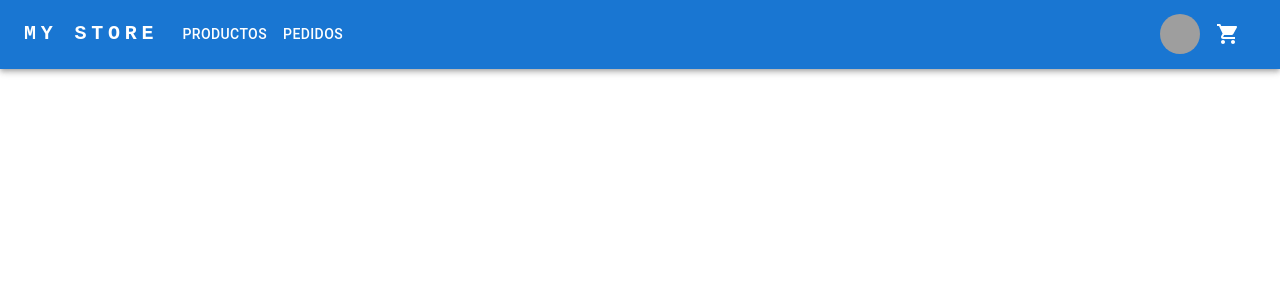
Repository: DanielBorussia/front-my-store
Page: /OrderList
The author's editor kept a copy of each file at every save. The page is drawn from the files as they stood at one save, then again after a run of saves.
The browser window is 1280 px wide. The pictures show the whole page.
Pictures or frames that could not be fetched are drawn as grey boxes. The project was rebuilt for these pictures with package versions that can differ from the ones it lists, and the page was loaded fresh each time. Also part of the build but not shown: src/components/OrderItem.js, src/containers/MyOrderPreview.js, src/components/ProductItem.js, src/hooks/useGetProducts.js, src/shared/Loading.js, src/containers/ProductList.js, src/pages/Home.js.

Above is the page before, as saved 2023-07-01 16:01:17.

### src/index.js
import React from 'react';
import ReactDOM from 'react-dom/client';
import './index.css';
import App from './routes/App';
import reportWebVitals from './reportWebVitals';

const root = ReactDOM.createRoot(document.getElementById('root'));
root.render(
  <React.StrictMode>
    <App />
  </React.StrictMode>
);

// If you want to start measuring performance in your app, pass a function
// to log results (for example: reportWebVitals(console.log))
// or send to an analytics endpoint. Learn more: https://bit.ly/CRA-vitals
reportWebVitals();

### src/index.css
body {
  margin: 0;
  -webkit-font-smoothing: antialiased;
  -moz-osx-font-smoothing: grayscale;
  font-family: source-code-pro, Menlo, Monaco, Consolas, "Courier New",
  monospace;
}

### src/routes/App.js
import React from 'react';
import { BrowserRouter, Routes, Route } from 'react-router-dom';
import useInitialState from '../hooks/useInitialState';
import AppContext from '../context/AppContext';
import Layout from '../containers/Layout';
import Home from '../pages/Home';
import ShoppingList from '../containers/ShoppingList';

const App = () => {
    const initialState = useInitialState();
    return (
        //encapsular la aplicacion para compartir la informacion
        <AppContext.Provider value={initialState}>
        <BrowserRouter>
            <Layout>
            <Routes>
                <Route exact path="/" element={<Home/>} />
                <Route exact path="/OrderList" element={<ShoppingList/>} />
            </Routes>
            </Layout>
        </BrowserRouter>
        </AppContext.Provider>

    );
}

export default App;

### src/hooks/useInitialState.js
import { useState } from 'react';

const initialState = {
    cart: [],
}

const useInitialState = () => {
    const [state, setState] = useState(initialState);

    const addToCart = (payload) => {
        setState({
            ...state,
            cart: [...state.cart, payload]
        });
    };

    const removeFromCart = (payload) => {
        setState({
            ...state,
            cart: state.cart.filter(item => item.id != payload.id),
        })
    }

    return {
        state,
        addToCart,
        removeFromCart
    }
}

export default useInitialState;

### src/containers/Layout.js
import React from 'react';
import Header from '../components/Header';

const Layout = ({ children }) => {
	return (
		<div className="Layout">
			<Header />
			{children}
		</div>
	);
}

export default Layout;

### src/containers/ShoppingList.js
const ShoppingList = () => {
    return (
        <></>
    );
}

export default ShoppingList;

### src/components/Header.js
import React, { useContext, useState } from 'react';
// UI
import AppBar from '@mui/material/AppBar';
import Box from '@mui/material/Box';
import Toolbar from '@mui/material/Toolbar';
import IconButton from '@mui/material/IconButton';
import Typography from '@mui/material/Typography';
import Menu from '@mui/material/Menu';
import MenuIcon from '@mui/icons-material/Menu';
import Container from '@mui/material/Container';
import Avatar from '@mui/material/Avatar';
import Button from '@mui/material/Button';
import Tooltip from '@mui/material/Tooltip';
import MenuItem from '@mui/material/MenuItem';
import AdbIcon from '@mui/icons-material/Adb';
import ShoppingCartIcon from '@mui/icons-material/ShoppingCart';
import AppContext from '../context/AppContext';
import MyOrderPreview from '../containers/MyOrderPreview';

const pages = ['Productos', 'Pedidos'];
const settings = ['Perfil', 'Mis Pedidos', 'Salir'];

const Header = () => {
    const { state } = useContext(AppContext);
    const [anchorElNav, setAnchorElNav] = useState(null);
    const [anchorElUser, setAnchorElUser] = useState(null);
    const [toggleOrderPreview, setToggleOrderPreview] = useState(false);

    const handleOpenNavMenu = (event) => {
        setAnchorElNav(event.currentTarget);
    };

    const handleOpenUserMenu = (event) => {
        setAnchorElUser(event.currentTarget);
    };

    const handleCloseNavMenu = () => {
        setAnchorElNav(null);
    };

    const handleCloseUserMenu = () => {
        setAnchorElUser(null);
    };

    return (
    <AppBar position="static">
      <Container maxWidth="xl">
        <Toolbar disableGutters>
          <Typography
            variant="h6"
            noWrap
            component="a"
            href="/"
            sx={{
              mr: 2,
              display: { xs: 'none', md: 'flex' },
              fontFamily: 'monospace',
              fontWeight: 700,
              letterSpacing: '.3rem',
              color: 'inherit',
              textDecoration: 'none',
            }}
          >
            MY STORE
          </Typography>

          <Box sx={{ flexGrow: 1, display: { xs: 'flex', md: 'none' } }}>
            <IconButton
              size="large"
              aria-label="account of current user"
              aria-controls="menu-appbar"
              aria-haspopup="true"
              onClick={handleOpenNavMenu}
              color="inherit"
            >
              <MenuIcon />
            </IconButton>
            <Menu
              id="menu-appbar"
              anchorEl={anchorElNav}
              anchorOrigin={{
                vertical: 'bottom',
                horizontal: 'left',
              }}
              keepMounted
              transformOrigin={{
                vertical: 'top',
                horizontal: 'left',
              }}
              open={Boolean(anchorElNav)}
              onClose={handleCloseNavMenu}
              sx={{
                display: { xs: 'block', md: 'none' },
              }}
            >
              {pages.map((page) => (
                <MenuItem key={page} onClick={handleCloseNavMenu}>
                  <Typography textAlign="center">{page}</Typography>
                </MenuItem>
              ))}
            </Menu>
          </Box>
          <AdbIcon sx={{ display: { xs: 'flex', md: 'none' }, mr: 1 }} />


          <Typography
            variant="h5"
            noWrap
            component="a"
            href=""
            sx={{
              mr: 2,
              display: { xs: 'flex', md: 'none' },
              flexGrow: 1,
              fontFamily: 'monospace',
              fontWeight: 700,
              letterSpacing: '.3rem',
              color: 'inherit',
              textDecoration: 'none',
            }}
          >
            MY STORE
          </Typography>
          <Box sx={{ flexGrow: 1, display: { xs: 'none', md: 'flex' } }}>
            {pages.map((page) => (
              <Button
                key={page}
                onClick={handleCloseNavMenu}
                sx={{ my: 2, color: 'white', display: 'block' }}
              >
                {page}
              </Button>
            ))}
          </Box>

          <Box sx={{ flexGrow: 0 }}>
            <Tooltip title="Open settings">
              <IconButton onClick={handleOpenUserMenu} sx={{ p: 0 }}>
                <Avatar alt="Remy Sharp" src="/static/images/avatar/2.jpg" />
              </IconButton>
            </Tooltip>
            <Menu
              sx={{ mt: '45px' }}
              id="menu-appbar"
              anchorEl={anchorElUser}
              anchorOrigin={{
                vertical: 'top',
                horizontal: 'right',
              }}
              keepMounted
              transformOrigin={{
                vertical: 'top',
                horizontal: 'right',
              }}
              open={Boolean(anchorElUser)}
              onClose={handleCloseUserMenu}
            >
              {settings.map((setting) => (
                <MenuItem key={setting} onClick={handleCloseUserMenu}>
                  <Typography textAlign="center">{setting}</Typography>
                </MenuItem>
              ))}
            </Menu>
          </Box>
          <Box sx={{ margin: 2 }}>
            <Tooltip title="Car">
              <IconButton  onClick={() => setToggleOrderPreview(!toggleOrderPreview)} color="inherit" sx={{ p: 0 }}>
               <ShoppingCartIcon />
               {state.cart.length > 0 ? <div>{state.cart.length}</div>  : null}
              </IconButton>
            </Tooltip>
          </Box>
        </Toolbar>
      </Container>
      {toggleOrderPreview && <MyOrderPreview />}
    </AppBar>
  );
}

export default Header;

### src/styles/ProductList.scss
@import 'vars';

.productList {
	display: grid;
	grid-template-columns: repeat(auto-fill, 240px);
	gap: 26px;
	place-content: center;
	margin: 3em 0 0 0;
}

@media (max-width: 640px) {
	.productList {
		grid-template-columns: repeat(auto-fill, 140px);
	}
}

### src/styles/MyOrderPreview.scss
@import 'vars';

.myOrderPreview {
	transition: all 0.25s;
    -webkit-transition: all 0.25s;
	overflow:hidden;
    background: #fff;
	width: 360px;
	height: 100%;
	padding: 24px;
	box-sizing: border-box;
	position: absolute;
	right: 0;
	top: 69px;
	border-radius: 6px;
	bottom: 0;
	z-index: 1;
	border: 1px solid var(--very-light-pink);
    .myOrderPreview__title {
        display: flex;
        font-size: var(--lg);
	    font-weight: bold;
		color: var(--black);
        img {
            margin-right: 14px;
         }
    }
}



.myOrderPreview__resume {
	display: grid;
	grid-template-columns: auto 1fr;
	gap: 16px;
	align-items: center;
	background-color: var(--text-input-field);
	margin-bottom: 24px;
	border-radius: 8px;
	padding: 0 24px;
	color: var(--black);

	.myOrderPreview__resume--label {
		font-size: var(--md);
		font-weight: bold;
	}
	.myOrderPreview__resume--value {
		text-align: end;
		font-weight: bold;
	}
}

.primary-button {
	background-color: var(--hospital-green);
	border-radius: 8px;
	border: none;
	color: var(--white);
	width: 100%;
	cursor: pointer;
	font-size: var(--md);
	font-weight: bold;
	height: 50px;
}
@media (max-width: 640px) {
	.myOrderPreview {
		width: 100%;
	}
}

### src/styles/ProductItem.scss
@import 'vars';

.productItem {
	width: 240px;
}
.productItem img {
	width: 240px;
	height: 240px;
	border-radius: 20px;
	object-fit: cover;
	cursor: pointer;
}
.productItem__info {
	cursor: pointer;
	display: flex;
	justify-content: space-between;
	align-items: center;
	margin-top: 12px;
}
.productItem__info figure {
	margin: 0;
}
.productItem__info figure img {
	width: 35px;
	height: 35px;
}
.productItem__info div p:nth-child(1) {
	font-weight: bold;
	font-size: var(--md);
	margin-top: 0;
	margin-bottom: 4px;
}
.productItem__info div p:nth-child(2) {
	font-size: var(--sm);
	margin-top: 0;
	margin-bottom: 0;
	color: var(--very-light-pink);
}
@media (max-width: 640px) {
	.cards-container {
		grid-template-columns: repeat(auto-fill, 140px);
	}
	.ProductItem {
		width: 140px;
	}
	.ProductItem img {
		width: 140px;
		height: 140px;
	}
}

### src/styles/_vars.scss
:root {
	--white: #FFFFFF;
	--black: #000000;
	--very-light-pink: #C7C7C7;
	--text-input-field: #F7F7F7;
	--hospital-green: #ACD9B2;
	--sm: 14px;
	--md: 16px;
	--lg: 18px;
}

### src/styles/OrderItem.scss
@import 'vars';

.orderItem {
	display: grid;
	grid-template-columns: auto 1fr auto auto;
	gap: 16px;
	margin-bottom: 24px;
	align-items: center;
    .orderItem__image img{
        width: 70px;
        height: 70px;
        border-radius: 20px;
        object-fit: cover;
    }
    .orderItem__information--title{
        color: var(--very-light-pink);
    }
    .orderItem__information--price{
        font-size: var(--md);
        font-weight: bold;
        color: var(--black);
    }
}

### src/components/ShoppingItem.js
import React from 'react'

const ShoppingItem = () => {
    return (
        <></>
    );
}

export default ShoppingItem;

Loaded but not shown: public/index.html (common file); src/reportWebVitals.js (common file); src/context/AppContext.js (common file)

After the next 2 saves:
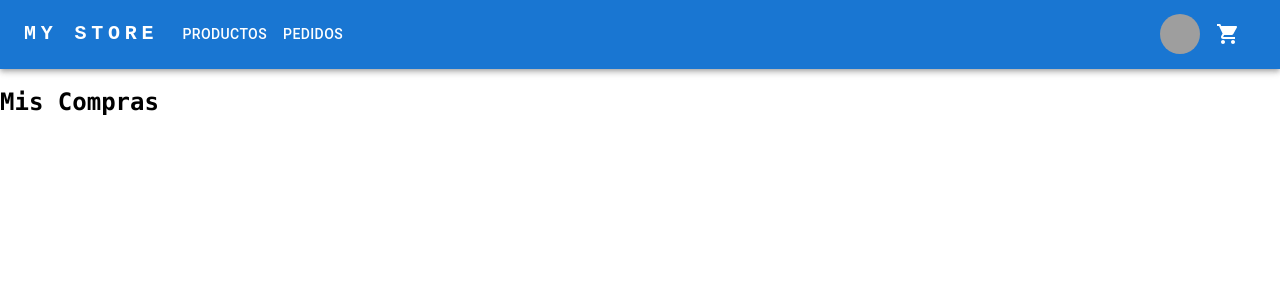
The 2 saves are shown as one change because 1 did not build or start.
The last was saved 22 min 33 s later.
--- a/src/containers/ShoppingList.js
+++ b/src/containers/ShoppingList.js
@@ -1,6 +1,39 @@
+import { useState } from "react";
+// UI
+import ShoppingItem from "../components/ShoppingItem";
+import { Box } from "@mui/material";
+
 const ShoppingList = () => {
+    const [orders, setOrders] = useState([
+        {
+            id: 1,
+            total: 1200,
+            cide: '45SADASD',
+            products:[
+                {
+                    id: 1,
+                    title: 'product 1',
+                    image: 'https://assets.adidas.com/images/w_280,h_280,f_auto,q_auto:sensitive/d1d0a4a589d44010bb8daacd00a85d46_9366/FM3897_250_FM3897_01_laydown.jpg.jpg'
+                },
+                {
+                    id: 2,
+                    title: 'product 2',
+                    image: 'https://assets.adidas.com/images/w_280,h_280,f_auto,q_auto:sensitive/42c462d2f5d94d80930bae6701225f46_9366/HG7757_120_HG7757_03_standard.jpg.jpg'
+                }
+            ]
+        }
+    ]);
+
     return (
-        <></>
+        <section className="main__container">
+            <h1>Mis Compras</h1>
+            <Box className="soppingList">
+                {orders.map(order => (
+                    <ShoppingItem order={order} key={order.id} />
+                ))}
+            </Box>
+
+    </section>
     );
 }
 
